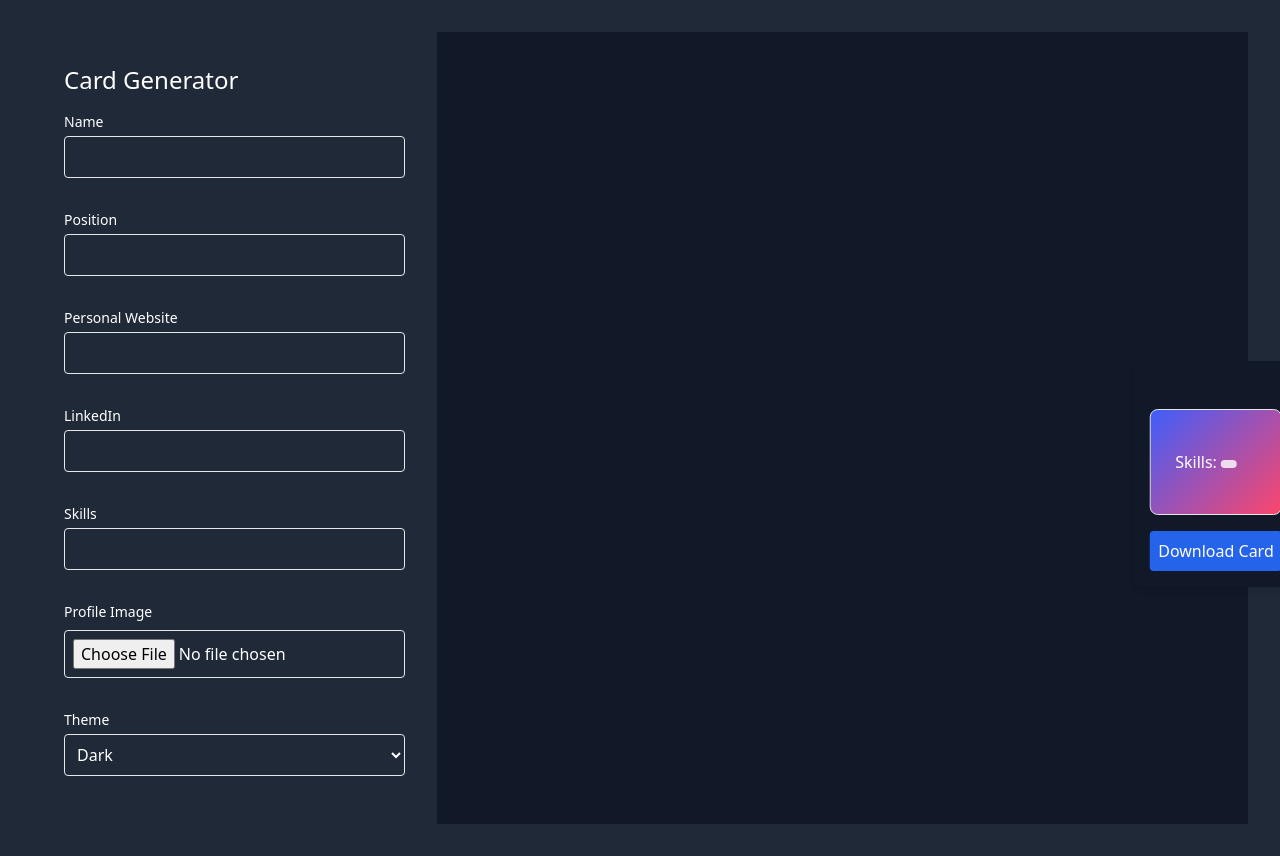
Repository: SmanSayeed/card-generator-react-application
Page: /
An editor plug-in stored every save of this project. The page is shown before and after a run of saves, followed by the edit.
The browser window is 1280 px wide. The pictures show the whole page.
The project was rebuilt for these pictures with package versions that can differ from the ones it lists, and the page was loaded fresh each time. Also part of the build but not shown: vite.config.js.

Above is the page before, as saved 2024-09-24 16:45:32.

### src/main.jsx
import { StrictMode } from 'react'
import { createRoot } from 'react-dom/client'
import './index.css';
import App from './App';
import { Provider } from 'react-redux';
import { configureStore } from '@reduxjs/toolkit';
import { persistStore } from 'redux-persist';
import { PersistGate } from 'redux-persist/integration/react';
import cardReducer from './features/cardSlice';

const store = configureStore({
  reducer: {
    card: cardReducer,
  },
});
const persistor = persistStore(store);
createRoot(document.getElementById('root')).render(
  <StrictMode>
     <Provider store={store}>
     <PersistGate loading={null} persistor={persistor}>
    <App />
    </PersistGate>
    </Provider>
  </StrictMode>,
)

### src/App.jsx
import React from 'react';
import { useDispatch, useSelector } from 'react-redux';
import { updateField, setTheme } from './features/cardSlice';
import './App.css';
import CardGenerator from './components/template/CardGenerator';

const themes = {
  dark: "bg-gray-800 text-white",
  light: "bg-white text-black",
  green: "bg-green-200 text-black",
  blue: "bg-blue-200 text-black",
  minimal: "bg-gray-200 text-black",
};

function App() {

  return (
    <div className="p-8 min-h-screen bg-gray-800 text-white">
    <CardGenerator />
  </div>
  );
}

export default App;

### src/features/cardSlice.js
import { createSlice } from '@reduxjs/toolkit';
import { persistReducer } from 'redux-persist';
import storage from 'redux-persist/lib/storage';

const cardSlice = createSlice({
  name: 'card',
  initialState: {
    name: '',
    position: '',
    profileImage: '',
    personalWebsite: '',
    linkedin: '',
    skills: '',
    theme: 'dark', // default theme
  },
  reducers: {
    updateField: (state, action) => {
      const { field, value } = action.payload;
      state[field] = value;
    },
    setTheme: (state, action) => {
      state.theme = action.payload;
    },
  },
});

const persistConfig = {
  key: 'root',
  storage,
};

const persistedReducer = persistReducer(persistConfig, cardSlice.reducer);

export const { updateField, setTheme } = cardSlice.actions;
export default persistedReducer;

### src/App.css
.body.dark-mode {
  background: black;
  color: white;
  font-family: 'Arial', sans-serif;
}
ul {
  list-style: none;
  padding: 0;
}
.badge {
  display: inline-block;
  font-size: 0.875em;
  margin-right: 0.25rem;
  padding: 0.25rem 0.5rem;
  background: rgba(255,255,255,0.8);
}
.card {
  background: linear-gradient(135deg, rgba(63,94,251,1) 0%, rgba(252,70,107,1) 100%);
}
/* Ensure hamburger button visibility on mobile */
@media (min-width: 768px) {
  .hamburger-menu {
    display: none;
  }
}

### src/components/template/CardGenerator.jsx
import React, { useState } from "react";
import html2canvas from "html2canvas";
import jsPDF from "jspdf";
import CardForm from "../organisms/CardForm";
import Card from "../organisms/Card";
import Button from "../atoms/Button";

const CardGenerator = () => {
  const [isMenuOpen, setIsMenuOpen] = useState(false);

  const downloadCard = () => {
    const input = document.getElementById("card");
    html2canvas(input).then((canvas) => {
      const imgData = canvas.toDataURL("image/png");
      const pdf = new jsPDF();
      pdf.addImage(imgData, "PNG", 0, 0);
      pdf.save("card.pdf");
    });
  };

  return (
    <div className="relative min-h-screen bg-gray-900 text-white">
      <div className="flex flex-col md:flex-row">
        {/* Hamburger menu for mobile view */}
        <div className="md:hidden">
          <button
            onClick={() => setIsMenuOpen(!isMenuOpen)}
            className="p-4 focus:outline-none"
          >
            {isMenuOpen ? (
             <svg xmlns="http://www.w3.org/2000/svg" fill="none" viewBox="0 0 24 24" strokeWidth={1.5} stroke="currentColor" className="size-6">
  <path strokeLinecap="round" strokeLinejoin="round" d="m9.75 9.75 4.5 4.5m0-4.5-4.5 4.5M21 12a9 9 0 1 1-18 0 9 9 0 0 1 18 0Z" />
</svg>

            ) : (
              <svg xmlns="http://www.w3.org/2000/svg" fill="none" viewBox="0 0 24 24" strokeWidth={1.5} stroke="currentColor" className="size-6">
  <path strokeLinecap="round" strokeLinejoin="round" d="M3.75 6.75h16.5M3.75 12h16.5m-16.5 5.25h16.5" />
</svg>

            )}
          </button>

          <div
            className={`fixed inset-y-0 left-0 bg-gray-800 w-4/5 z-50 transform ${
              isMenuOpen ? "translate-x-0" : "-translate-x-full"
            } transition-transform duration-300 ease-in-out overflow-y-auto`}
          >
            <div className="p-4">
              <h1 className="text-2xl mb-4">Card Generator</h1>
              <CardForm />
            </div>
          </div>
        </div>

        {/* Left portion: the form */}
        <div className="hidden md:block md:w-1/2 lg:w-1/3 p-8 bg-gray-800">
          <h1 className="text-2xl mb-4">Card Generator</h1>
          <CardForm />
        </div>

        {/* Right portion: the card and download button */}
        <div className="fixed p-4 md:translate-x-1/2 md:translate-y-1/2 transform md:top-[30%] md:right-16">
          <div className="max-w-xs bg-gray-900 p-4 rounded-lg shadow-md">
            <div id="card">
              <Card />
            </div>
            <Button onClick={downloadCard}>Download Card</Button>
          </div>
        </div>
      </div>
    </div>
  );
};

export default CardGenerator;

### src/components/organisms/CardForm.js
import React from 'react';
import FormField from '../molecules/FormField';
import Button from '../atoms/Button';
import { useDispatch, useSelector } from 'react-redux';
import { updateField, setTheme } from '../../features/cardSlice';

const CardForm = () => {
  const dispatch = useDispatch();
  const card = useSelector((state) => state.card);

  const handleChange = (e) => {
    const { name, value } = e.target;
    dispatch(updateField({ field: name, value }));
  };

  const handleThemeChange = (e) => {
    dispatch(setTheme(e.target.value));
  };

  return (
    <form className="grid grid-cols-1 gap-4">
      <FormField type="text" label="Name" name="name" value={card.name} onChange={handleChange} />
      <FormField type="text" label="Position" name="position" value={card.position} onChange={handleChange} />
      <FormField type="text" label="Personal Website" name="personalWebsite" value={card.personalWebsite} onChange={handleChange} />
      <FormField type="text" label="LinkedIn" name="linkedin" value={card.linkedin} onChange={handleChange} />
      <FormField type="text" label="Skills" name="skills" value={card.skills} onChange={handleChange} />
      <FormField type="file" label="Profile Image" onChange={(e) => handleChange({ target: { name: 'profileImage', value: URL.createObjectURL(e.target.files[0]) } })} />
      <FormField type="select" label="Theme" name="theme" value={card.theme} onChange={handleThemeChange} options={[
        { value: 'dark', label: 'Dark' },
        { value: 'light', label: 'Light' },
        { value: 'green', label: 'Green' },
        { value: 'blue', label: 'Blue' },
        { value: 'minimal', label: 'Minimal' },
      ]} />
    </form>
  );
};

export default CardForm;

### src/components/organisms/Card.js
import React from 'react';
import { useSelector } from 'react-redux';

const themes = {
  dark: 'bg-gray-800 text-white',
  light: 'bg-white text-black',
  green: 'bg-green-200 text-black',
  blue: 'bg-blue-200 text-black',
  minimal: 'bg-gray-200 text-black',
};

const Card = () => {
  const card = useSelector((state) => state.card);

  return (
    <div className={`card mt-8 p-6 rounded-lg border shadow-sm ${themes[card.theme]}`}>
      <div className="flex items-center mb-4">
        {card.profileImage && (
          <img src={card.profileImage} alt="Profile" className="w-12 h-12 rounded-full mr-4" />
        )}
        <div>
          <h2 className="text-xl">{card.name}</h2>
          <p>{card.position}</p>
        </div>
      </div>

      <div className="mb-4">
        <a href={card.personalWebsite} target="_blank" className="block">
          {card.personalWebsite}
        </a>
        <a href={card.linkedin} target="_blank" className="block">
          {card.linkedin}
        </a>
      </div>

      <div className="mb-4">
        <p>
          Skills: {card.skills.split(',').map((skill) => (
            <span key={skill} className="badge bg-gray-200 text-black p-1 rounded mr-1">
              {skill}
            </span>
          ))}
        </p>
      </div>

      <div className="mt-4">
        <a href={card.personalWebsite} target="_blank" className="block mt-2 text-sm">
          {card.personalWebsite}
        </a>
      </div>
    </div>
  );
};

export default Card;

### src/components/atoms/Button.js
import React from 'react';

const Button = ({ onClick, children, ...props }) => (
  <button
    onClick={onClick}
    className="mt-4 w-full p-2 bg-blue-600 text-white rounded"
    {...props}
  >
    {children}
  </button>
);

export default Button;

### src/components/molecules/FormField.js
import React from 'react';
import TextInput from '../atoms/TextInput';
import FileInput from '../atoms/FileInput';
import SelectInput from '../atoms/SelectInput';

const FormField = ({ type, ...props }) => {
  switch (type) {
    case 'text':
      return <TextInput {...props} />;
    case 'file':
      return <FileInput {...props} />;
    case 'select':
      return <SelectInput {...props} />;
    default:
      return null;
  }
};

export default FormField;

### src/components/atoms/textInput.js
import React from 'react';

const TextInput = ({ label, name, value, onChange, ...props }) => (
  <div className="mb-4">
    {label && <label className="block text-sm mb-1">{label}</label>}
    <input
      type="text"
      name={name}
      value={value}
      onChange={onChange}
      className="p-2 bg-gray-800 border rounded w-full"
      {...props}
    />
  </div>
);

export default TextInput;

### src/components/atoms/fileInput.js
import React from 'react';

const FileInput = ({ label, name, onChange }) => (
  <div className="mb-4">
    {label && <label className="block text-sm mb-1">{label}</label>}
    <input
      type="file"
      name={name}
      onChange={onChange}
      className="mt-1 p-2 bg-gray-800 border rounded w-full"
    />
  </div>
);

export default FileInput;

### src/components/atoms/selectInput.js
import React from 'react';

const SelectInput = ({ label, name, value, onChange, options }) => (
  <div className="mb-4">
    {label && <label className="block text-sm mb-1">{label}</label>}
    <select
      name={name}
      value={value}
      onChange={onChange}
      className="p-2 bg-gray-800 border rounded w-full"
    >
      {options.map((option, index) => (
        <option key={index} value={option.value}>
          {option.label}
        </option>
      ))}
    </select>
  </div>
);

export default SelectInput;

### tailwind.config.js
// tailwind.config.js
/** @type {import('tailwindcss').Config} */
export default {
  content: ["./index.html", "./src/**/*.{js,ts,jsx,tsx}"],
  darkMode: 'class',
  theme: {
    extend: {},
  },
  variants: {
    extend: {},
  },
  plugins: [],
};

Loaded but not shown: index.html (common file); src/index.css (common file)

After the next 2 saves:
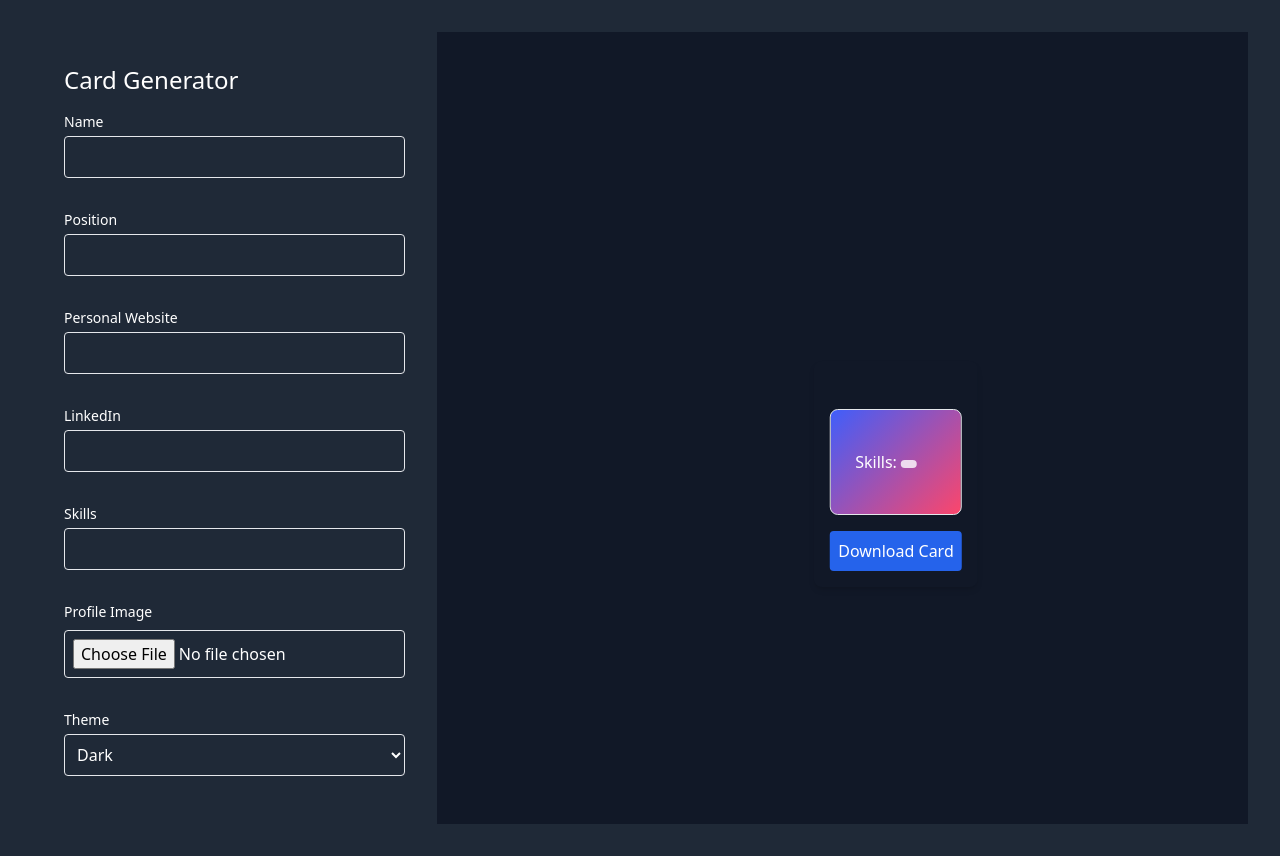
The 2 saves are shown as one change because they came seconds apart.
The last was saved 6 s later.
--- a/src/components/template/CardGenerator.jsx
+++ b/src/components/template/CardGenerator.jsx
@@ -59,7 +59,7 @@ const CardGenerator = () => {
         </div>
 
         {/* Right portion: the card and download button */}
-        <div className="fixed p-4 md:translate-x-1/2 md:translate-y-1/2 transform md:top-[30%] md:right-16">
+        <div className="fixed p-4 md:translate-x-1/2 md:translate-y-1/2 transform md:top-[30%] md:right-[30%]">
           <div className="max-w-xs bg-gray-900 p-4 rounded-lg shadow-md">
             <div id="card">
               <Card />
